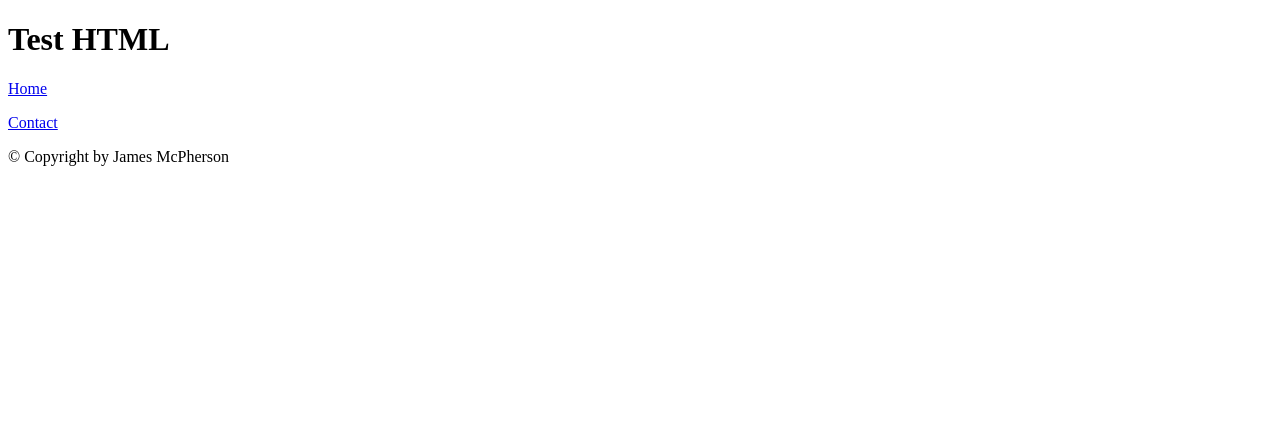
Repository: jemcphe/MDF3
Page: Week4 Project/Pictcha2/assets/www/index.html
An editor plug-in stored every save of this project. The page is shown before and after the next save, followed by the edit.
The browser window is 1280 px wide. The pictures show the whole page.

Above is the page before, as saved 2013-07-31 03:16:43.

### Week4 Project/Pictcha2/assets/www/index.html
<!DOCTYPE html>
<html lang="en">
	<head>
		<meta charset="utf-8" />
		<!-- Always force latest IE rendering engine (even in intranet) & Chrome Frame
		Remove this if you use the .htaccess -->
		<meta http-equiv="X-UA-Compatible" content="IE=edge,chrome=1" />
		<title>Test HTML</title>
		<meta name="description" content="" />
		<meta name="author" content="James McPherson" />
		<meta name="viewport" content="width=device-width; initial-scale=1.0" />
		<!-- Replace favicon.ico & apple-touch-icon.png in the root of your domain and delete these references -->
		<link rel="shortcut icon" href="/favicon.ico" />
		<link rel="apple-touch-icon" href="/apple-touch-icon.png" />
	</head>
	<body>
		<div>
			<header>
				<h1>Test HTML</h1>
			</header>
			<nav>
				<p>
					<a href="/">Home</a>
				</p>
				<p>
					<a href="/contact">Contact</a>
				</p>
			</nav>
			<div></div>
			<footer>
				<p>
					&copy; Copyright  by James McPherson
				</p>
			</footer>
		</div>
	</body>
</html>

After the next save:
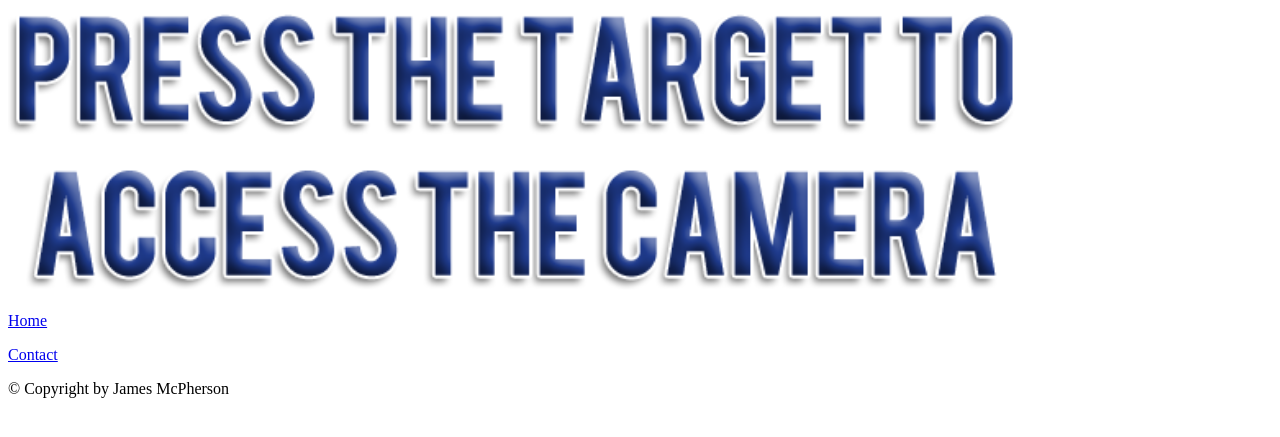
Saved 31 min 37 s later.
--- a/Week4 Project/Pictcha2/assets/www/index.html
+++ b/Week4 Project/Pictcha2/assets/www/index.html
@@ -9,15 +9,10 @@
 		<meta name="description" content="" />
 		<meta name="author" content="James McPherson" />
 		<meta name="viewport" content="width=device-width; initial-scale=1.0" />
-		<!-- Replace favicon.ico & apple-touch-icon.png in the root of your domain and delete these references -->
-		<link rel="shortcut icon" href="/favicon.ico" />
-		<link rel="apple-touch-icon" href="/apple-touch-icon.png" />
 	</head>
 	<body>
+		<img  src="text.png" alt="Press The Target To Access The Camera" width="80%" height="10%" />
 		<div>
-			<header>
-				<h1>Test HTML</h1>
-			</header>
 			<nav>
 				<p>
 					<a href="/">Home</a>

After the save that followed:
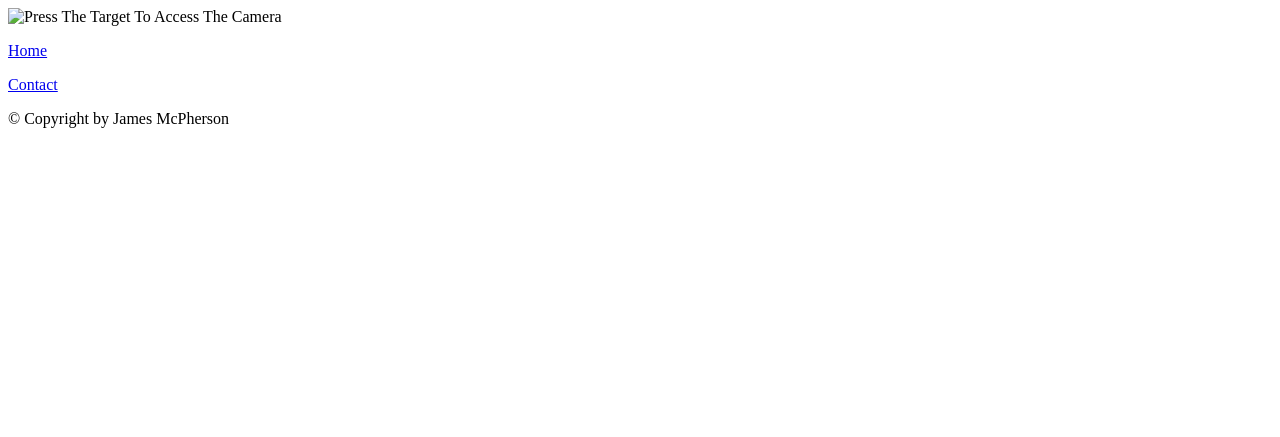
Saved 92 s later.
--- a/Week4 Project/Pictcha2/assets/www/index.html
+++ b/Week4 Project/Pictcha2/assets/www/index.html
@@ -11,7 +11,7 @@
 		<meta name="viewport" content="width=device-width; initial-scale=1.0" />
 	</head>
 	<body>
-		<img  src="text.png" alt="Press The Target To Access The Camera" width="80%" height="10%" />
+		<img  src="file:///android_drawable/text.png" alt="Press The Target To Access The Camera" width="80%" height="10%" />
 		<div>
 			<nav>
 				<p>
